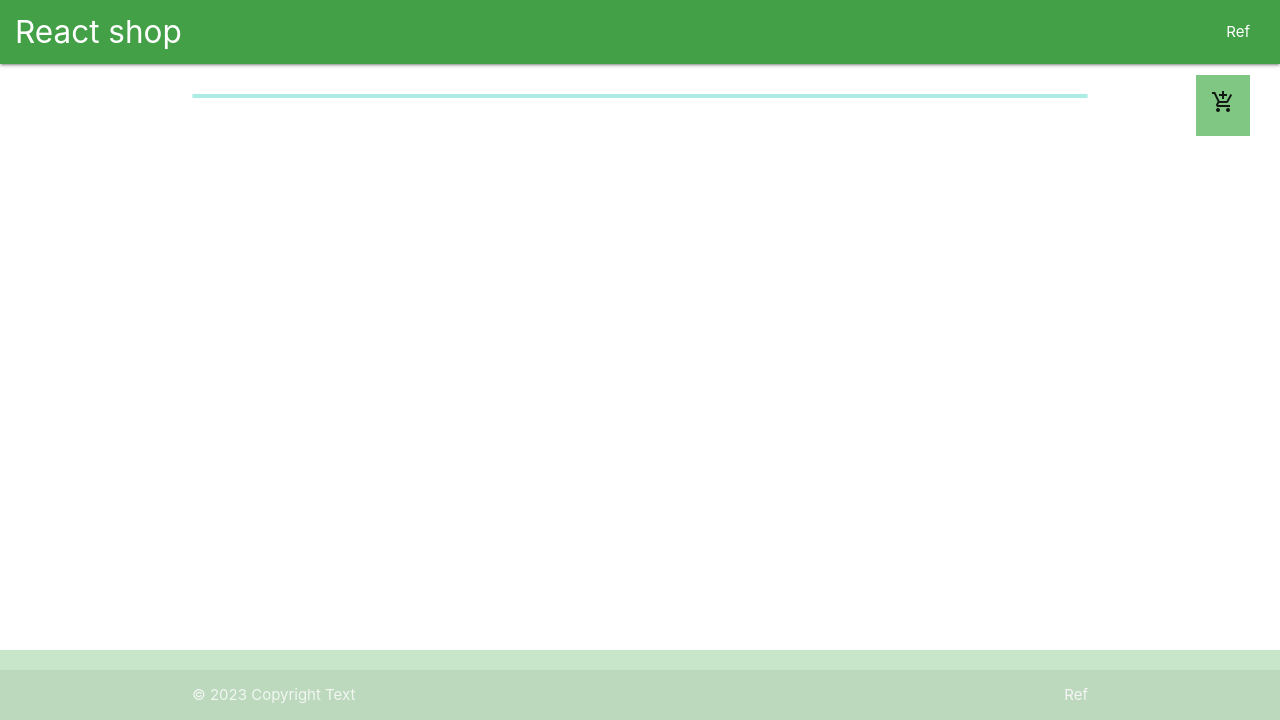
Repository: qui-qui-qui/online-shop
Page: /
These files come from the project's save history. The page is drawn as it stood at one moment and after the next save; the edit follows.
The browser window is 1280 px wide. The pictures show the whole page.
The page's requests for data from a server got no answer. The project was rebuilt for these pictures with package versions that can differ from the ones it lists, and the page was loaded fresh each time. No one was signed in, and anything a server would have sent is missing. Also part of the build but not shown: src/components/GoodsItem.jsx, src/components/GoodsList.jsx, src/components/BasketItem.jsx, src/components/BasketList.jsx.

Above is the page before, as saved 2023-01-07 18:23:23.

After the next save:
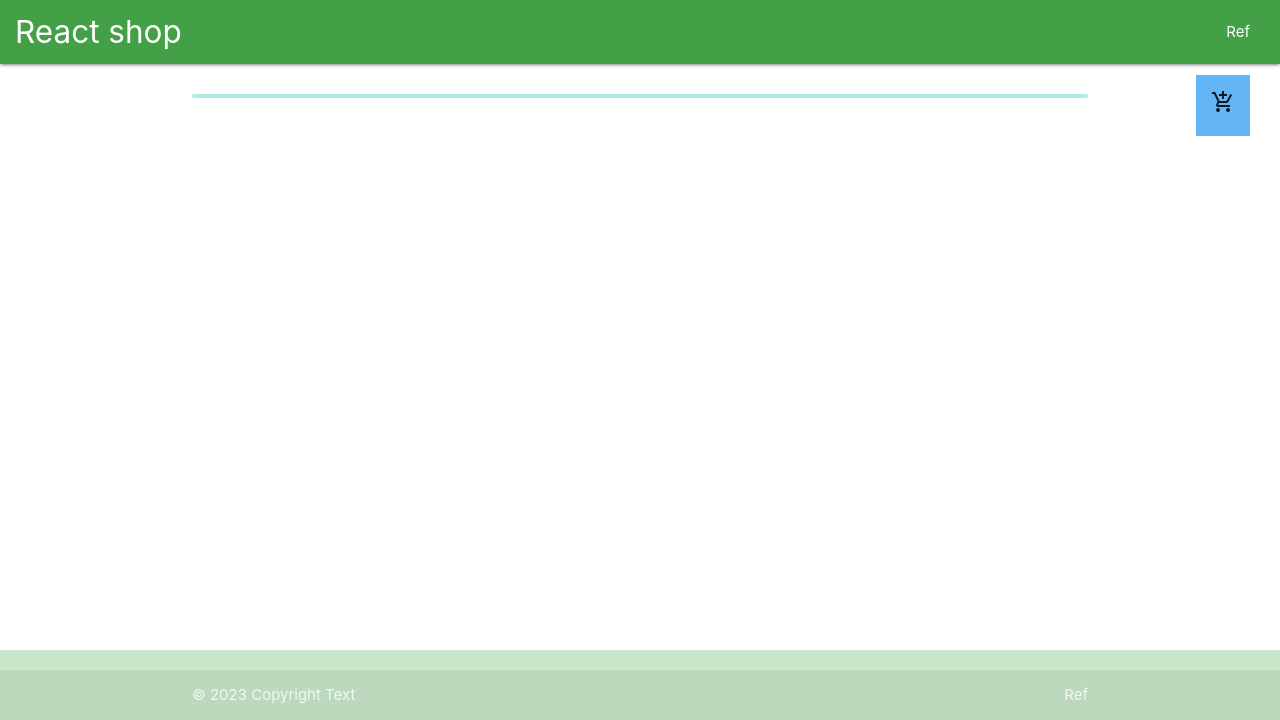
Saved 13 s later.
--- a/src/components/Cart.jsx
+++ b/src/components/Cart.jsx
@@ -2,7 +2,7 @@ function Cart(props) {
     const {quantity = 0, handleBasketShow = Function.prototype} = props;
 
     return (
-        <div className="cart green lighten-2" onClick={handleBasketShow}>
+        <div className="cart blue lighten-2" onClick={handleBasketShow}>
             <i className="material-icons">add_shopping_cart</i>
             {quantity ? (
                 <span className="cart-quantity">{quantity}</span>
